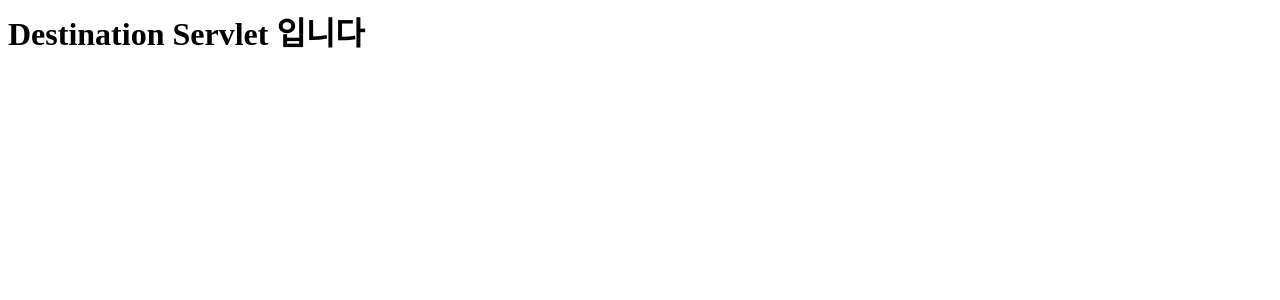
Repository: JIYEON25/HTML-CSS-JS
Page: http://localhost/myWeb/Destination
The author's editor kept a copy of each file at every save. The page is drawn from the files as they stood at one save, then again after the next save.
The browser window is 1280 px wide. The pictures show the whole page.
The page is served by Tomcat 9.

Above is the page before, as saved 2023-09-12 06:56:20.

After the next save:
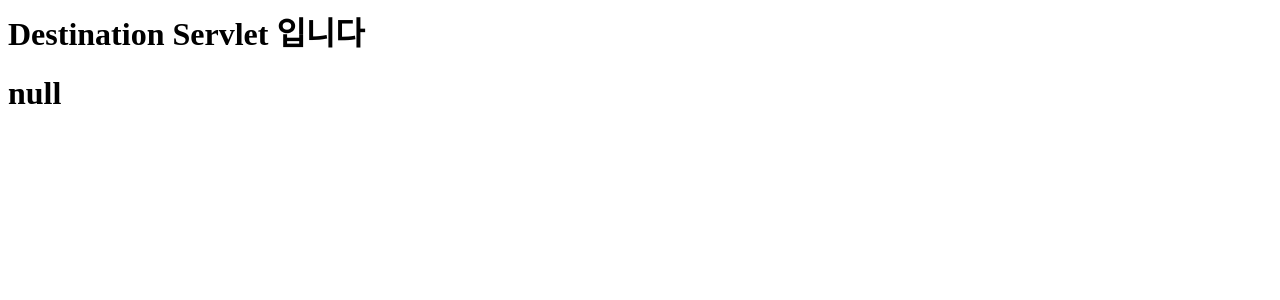
Saved 94 s later.
--- a/myJSP/myWeb/src/main/java/sample/Destination.java
+++ b/myJSP/myWeb/src/main/java/sample/Destination.java
@@ -25,6 +25,8 @@
 		 out.println("</head>");
 		 out.println("<body>");
 		 out.println("<h1> Destination Servlet 입니다</h1>");
+		 out.println("<h1>"+ request.getAttribute("myName")+ "</h1>");
+		 String myAge = (String)request.getAttribute("myAge");
 		 out.println("</body>");
 		 out.println("</html>");
 		 } finally {
